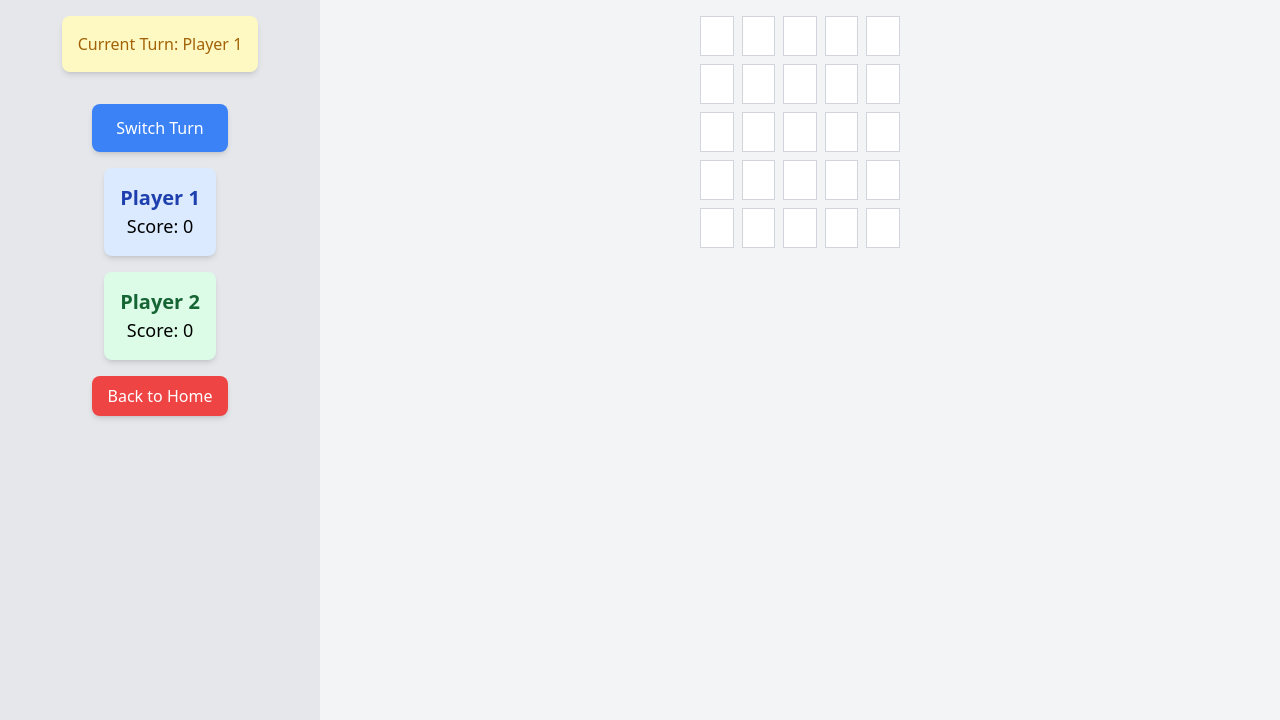
Repository: mohitagrawal0412/Lexicon-Duel
Page: /, after clicking the first element matching `button.px-4`
The author's editor kept a copy of each file at every save. The page is drawn from the files as they stood at one save, then again after the next save.
The browser window is 1280 px wide. The pictures show the whole page.
The project was rebuilt for these pictures with package versions that can differ from the ones it lists, and the page was loaded fresh each time. Also part of the build but not shown: vite.config.js.

Above is the page before, as saved 2025-01-21 21:29:51.

After the next save:
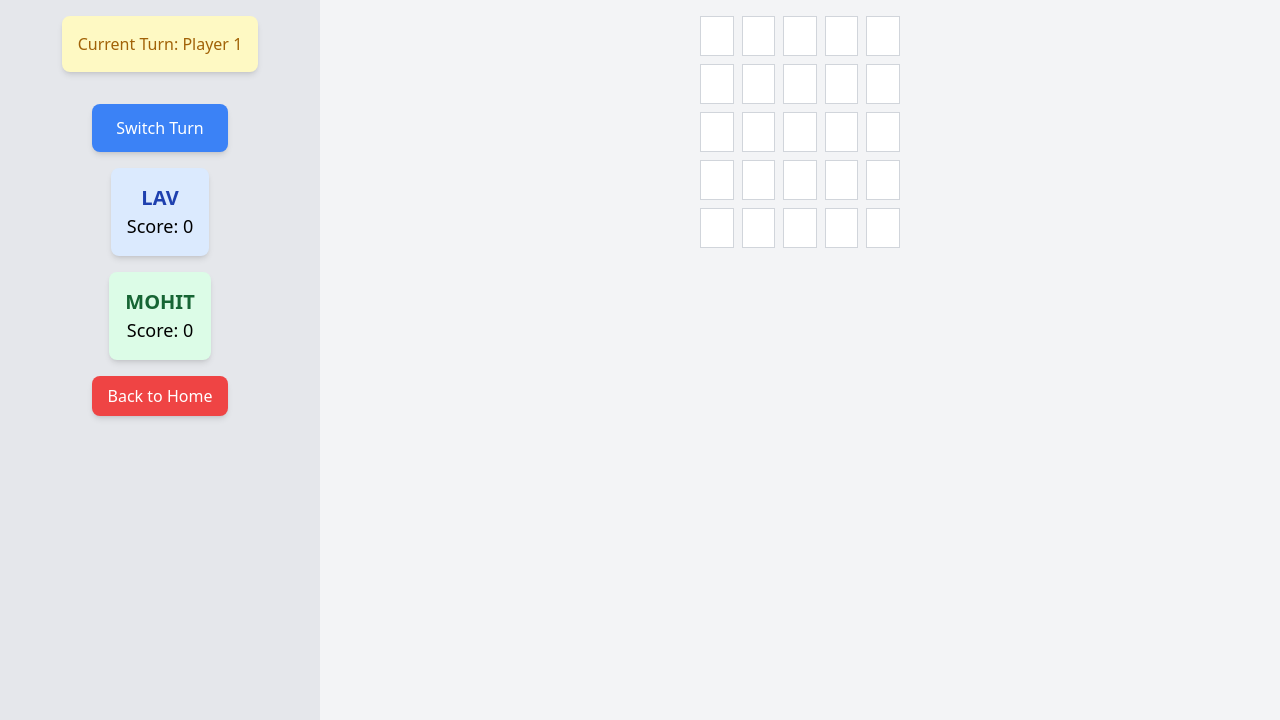
Saved 34 s later.
--- a/src/Grid.jsx
+++ b/src/Grid.jsx
@@ -116,7 +116,7 @@ const Grid = ({ size, onBack }) => {
 
     return (
         <div className="flex min-h-screen bg-gray-100">
-            {/* Left Section for Player Info, Controls, and Messages */}
+            {/* Left Section for Player Info and Controls */}
             <div className="flex flex-col items-center p-4 space-y-4 w-1/4 bg-gray-200">
                 {/* Current Player Indicator */}
                 <div className="mb-4 p-4 bg-yellow-100 text-yellow-700 font-medium rounded-lg shadow-md">
@@ -133,27 +133,15 @@ const Grid = ({ size, onBack }) => {
 
                 {/* Player 1 Scorecard */}
                 <div className="flex flex-col items-center bg-blue-100 p-4 rounded-lg shadow-md">
-                    <h2 className="text-xl font-bold text-blue-800">Player 1</h2>
+                    <h2 className="text-xl font-bold text-blue-800">LAV</h2>
                     <p className="text-lg font-medium">Score: {playerScores.player1}</p>
                 </div>
 
                 {/* Player 2 Scorecard */}
                 <div className="flex flex-col items-center bg-green-100 p-4 rounded-lg shadow-md">
-                    <h2 className="text-xl font-bold text-green-800">Player 2</h2>
+                    <h2 className="text-xl font-bold text-green-800">MOHIT</h2>
                     <p className="text-lg font-medium">Score: {playerScores.player2}</p>
                 </div>
-
-                {/* Error and Selected Word Messages */}
-                {error && (
-                    <div className="mb-4 p-4 bg-red-100 text-red-700 font-medium rounded-lg shadow-md">
-                        {error}
-                    </div>
-                )}
-                {selectedWord && !error && (
-                    <div className="mb-4 p-4 bg-green-100 text-green-700 font-medium rounded-lg shadow-md">
-                        Selected Word: {selectedWord}
-                    </div>
-                )}
 
                 <button
                     onClick={onBack}
@@ -165,6 +153,20 @@ const Grid = ({ size, onBack }) => {
 
             {/* Right Section for the Grid */}
             <div className="flex-1 flex flex-col items-center p-4">
+                {/* Error Display */}
+                {error && (
+                    <div className="mb-4 p-4 bg-red-100 text-red-700 font-medium rounded-lg shadow-md">
+                        {error}
+                    </div>
+                )}
+
+                {/* Selected Word Display */}
+                {selectedWord && !error && (
+                    <div className="mb-4 p-4 bg-green-100 text-green-700 font-medium rounded-lg shadow-md">
+                        Selected Word: {selectedWord}
+                    </div>
+                )}
+
                 {/* Grid */}
                 <div
                     className={`grid gap-2`}
